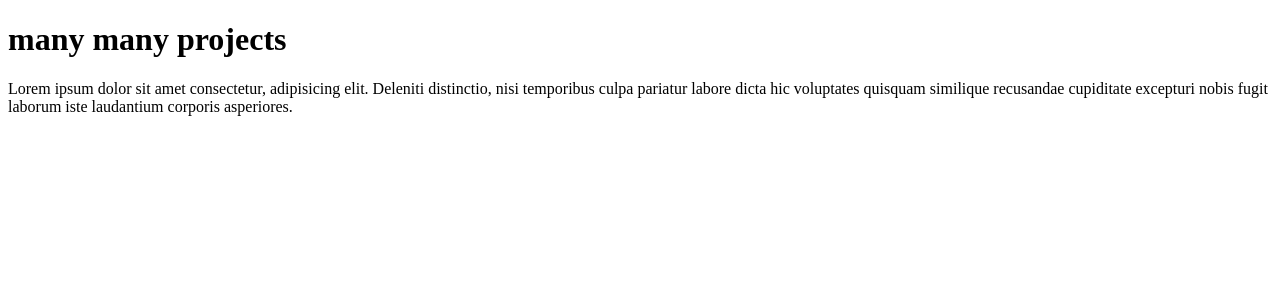
Repository: MERakram/dev_search
Page: templates/projects.html
An editor plug-in stored every save of this project. The page is shown before and after the next save, followed by the edit.
The browser window is 1280 px wide. The pictures show the whole page.
The template is drawn by Django 4.2. The application's start-up code is not run. Other server files are loaded and not shown. The template is opened directly, without the code that normally fills it, so the values that code supplies are empty.

Above is the page before, as saved 2022-07-08 17:19:07.

### templates/projects.html
<!DOCTYPE html>
<html lang="en">
  <head>
    <meta charset="UTF-8" />
    <meta http-equiv="X-UA-Compatible" content="IE=edge" />
    <meta name="viewport" content="width=device-width, initial-scale=1.0" />
    <title>Document</title>
  </head>
  <body>
    <h1>many many projects</h1>
    <p>
      Lorem ipsum dolor sit amet consectetur, adipisicing elit. Deleniti
      distinctio, nisi temporibus culpa pariatur labore dicta hic voluptates
      quisquam similique recusandae cupiditate excepturi nobis fugit laborum
      iste laudantium corporis asperiores.
    </p>
  </body>
</html>

### templates/logo.html
<!DOCTYPE html>
<html lang="en">
  <head>
    <meta charset="UTF-8" />
    <meta http-equiv="X-UA-Compatible" content="IE=edge" />
    <meta name="viewport" content="width=device-width, initial-scale=1.0" />
    <title>Document</title>
  </head>
  <body>
    <h1>logo</h1>
    <br />
  </body>
</html>

After the next save:
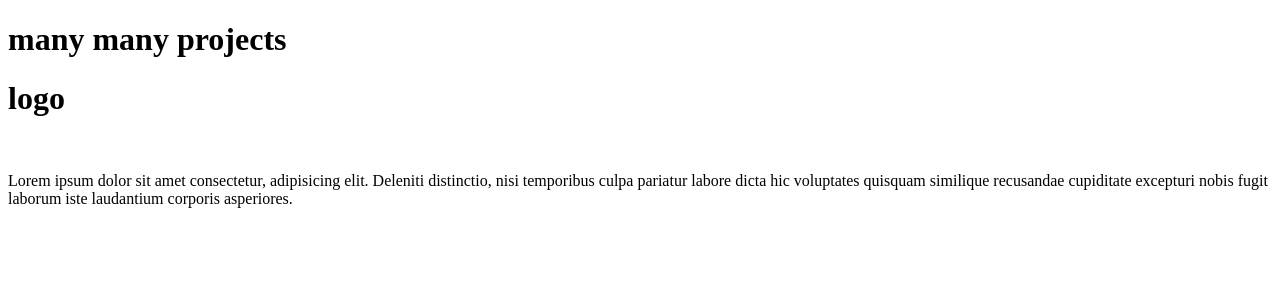
Saved 67 s later.
--- a/templates/projects.html
+++ b/templates/projects.html
@@ -8,6 +8,7 @@
   </head>
   <body>
     <h1>many many projects</h1>
+    {% include 'logo.html' %}
     <p>
       Lorem ipsum dolor sit amet consectetur, adipisicing elit. Deleniti
       distinctio, nisi temporibus culpa pariatur labore dicta hic voluptates
